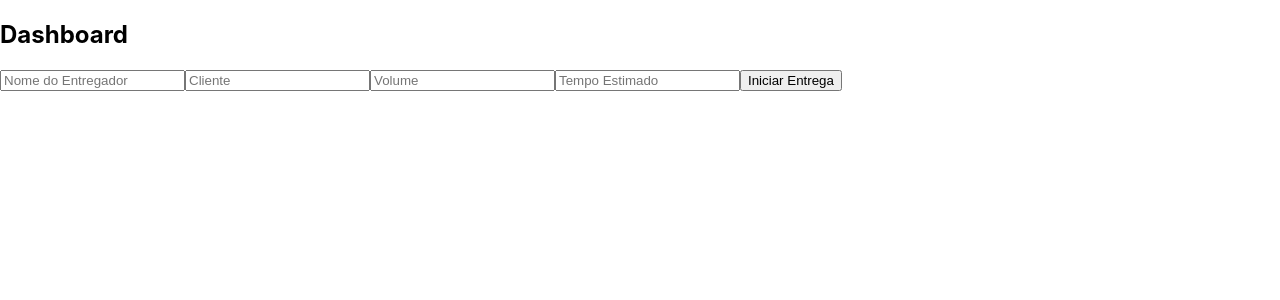
Repository: feliperanon/gestao-entregas
Page: /dashboard (app in frontend/)
These files come from the project's save history. The page is drawn as it stood at one moment and after the next save; the edit follows.
The browser window is 1280 px wide. The pictures show the whole page.
The page's requests for data from a server got no answer. The project was rebuilt for these pictures with package versions that can differ from the ones it lists, and the page was loaded fresh each time. No one was signed in, and anything a server would have sent is missing. Also part of the build but not shown: frontend/src/pages/Login.js, frontend/src/pages/History.js.

Above is the page before, as saved 2024-06-27 16:11:18.

### frontend/src/App.js
import React from 'react';
import { BrowserRouter as Router, Routes, Route } from 'react-router-dom';
import Login from './pages/Login';
import Dashboard from './pages/Dashboard';
import History from './pages/History';

function App() {
  return (
    <Router>
      <div>
        <Routes>
          <Route path="/" element={<Login />} />
          <Route path="/dashboard" element={<Dashboard />} />
          <Route path="/history" element={<History />} />
        </Routes>
      </div>
    </Router>
  );
}

export default App;

### frontend/src/pages/Dashboard.js
import React, { useState, useEffect } from 'react';
import api from '../services/api';

const Dashboard = () => {
  const [entregas, setEntregas] = useState([]);
  const [form, setForm] = useState({ nomeEntregador: '', cliente: '', volume: '', tempoEstimado: '' });

  useEffect(() => {
    const fetchEntregas = async () => {
      const response = await api.get('/entregas');
      setEntregas(response.data);
    };
    fetchEntregas();
  }, []);

  const handleChange = (e) => {
    setForm({ ...form, [e.target.name]: e.target.value });
  };

  const handleSubmit = async (e) => {
    e.preventDefault();
    await api.post('/entregas', form);
    setForm({ nomeEntregador: '', cliente: '', volume: '', tempoEstimado: '' });
  };

  const handleFinalizar = async (id) => {
    await api.put(`/entregas/${id}`, { status: 'Finalizada' });
  };

  return (
    <div>
      <h2>Dashboard</h2>
      <form onSubmit={handleSubmit}>
        <input name="nomeEntregador" value={form.nomeEntregador} onChange={handleChange} placeholder="Nome do Entregador" />
        <input name="cliente" value={form.cliente} onChange={handleChange} placeholder="Cliente" />
        <input name="volume" value={form.volume} onChange={handleChange} placeholder="Volume" />
        <input name="tempoEstimado" value={form.tempoEstimado} onChange={handleChange} placeholder="Tempo Estimado" />
        <button type="submit">Iniciar Entrega</button>
      </form>
      <ul>
        {entregas.map((entrega) => (
          <li key={entrega._id}>
            <span>{entrega.nomeEntregador} - {entrega.cliente} - {entrega.volume}</span>
            <button onClick={() => handleFinalizar(entrega._id)}>Finalizar Entrega</button>
          </li>
        ))}
      </ul>
    </div>
  );
};

export default Dashboard;

Loaded but not shown: frontend/public/index.html (common file); frontend/src/index.js (common file); frontend/src/index.css (common file); frontend/src/reportWebVitals.js (common file); frontend/src/services/api.js (common file)

After the next save:
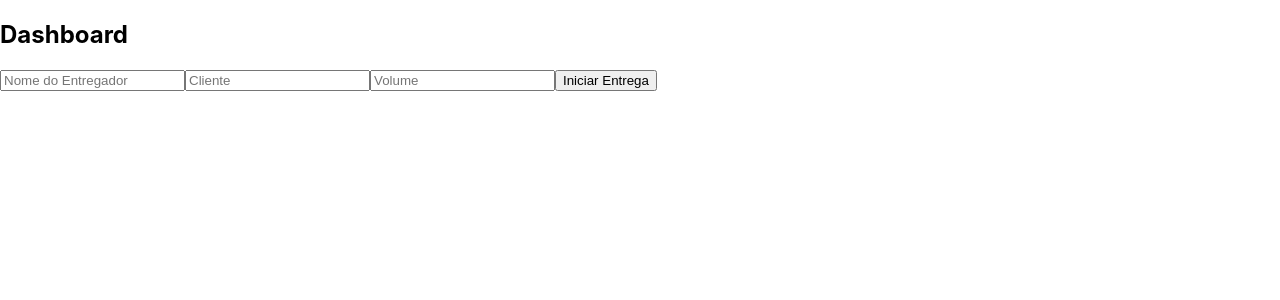
Saved 31 s later.
--- a/frontend/src/pages/Dashboard.js
+++ b/frontend/src/pages/Dashboard.js
@@ -3,12 +3,19 @@ import api from '../services/api';
 
 const Dashboard = () => {
   const [entregas, setEntregas] = useState([]);
-  const [form, setForm] = useState({ nomeEntregador: '', cliente: '', volume: '', tempoEstimado: '' });
+  const [form, setForm] = useState({ nomeEntregador: '', cliente: '', volume: '' });
 
   useEffect(() => {
     const fetchEntregas = async () => {
-      const response = await api.get('/entregas');
-      setEntregas(response.data);
+      try {
+        const token = localStorage.getItem('token');
+        const response = await api.get('/entregas', {
+          headers: { Authorization: `Bearer ${token}` }
+        });
+        setEntregas(response.data);
+      } catch (error) {
+        console.error('Error fetching entregas:', error);
+      }
     };
     fetchEntregas();
   }, []);
@@ -19,29 +26,31 @@ const Dashboard = () => {
 
   const handleSubmit = async (e) => {
     e.preventDefault();
-    await api.post('/entregas', form);
-    setForm({ nomeEntregador: '', cliente: '', volume: '', tempoEstimado: '' });
-  };
-
-  const handleFinalizar = async (id) => {
-    await api.put(`/entregas/${id}`, { status: 'Finalizada' });
+    try {
+      const token = localStorage.getItem('token');
+      const response = await api.post('/entregas', form, {
+        headers: { Authorization: `Bearer ${token}` }
+      });
+      setEntregas([...entregas, response.data]);
+      setForm({ nomeEntregador: '', cliente: '', volume: '' });
+    } catch (error) {
+      console.error('Error adding entrega:', error);
+    }
   };
 
   return (
     <div>
       <h2>Dashboard</h2>
       <form onSubmit={handleSubmit}>
-        <input name="nomeEntregador" value={form.nomeEntregador} onChange={handleChange} placeholder="Nome do Entregador" />
-        <input name="cliente" value={form.cliente} onChange={handleChange} placeholder="Cliente" />
-        <input name="volume" value={form.volume} onChange={handleChange} placeholder="Volume" />
-        <input name="tempoEstimado" value={form.tempoEstimado} onChange={handleChange} placeholder="Tempo Estimado" />
+        <input name="nomeEntregador" value={form.nomeEntregador} onChange={handleChange} placeholder="Nome do Entregador" required />
+        <input name="cliente" value={form.cliente} onChange={handleChange} placeholder="Cliente" required />
+        <input name="volume" value={form.volume} onChange={handleChange} placeholder="Volume" required />
         <button type="submit">Iniciar Entrega</button>
       </form>
       <ul>
         {entregas.map((entrega) => (
           <li key={entrega._id}>
-            <span>{entrega.nomeEntregador} - {entrega.cliente} - {entrega.volume}</span>
-            <button onClick={() => handleFinalizar(entrega._id)}>Finalizar Entrega</button>
+            <span>{entrega.nomeEntregador} - {entrega.cliente} - {entrega.volume} - {entrega.status}</span>
           </li>
         ))}
       </ul>
